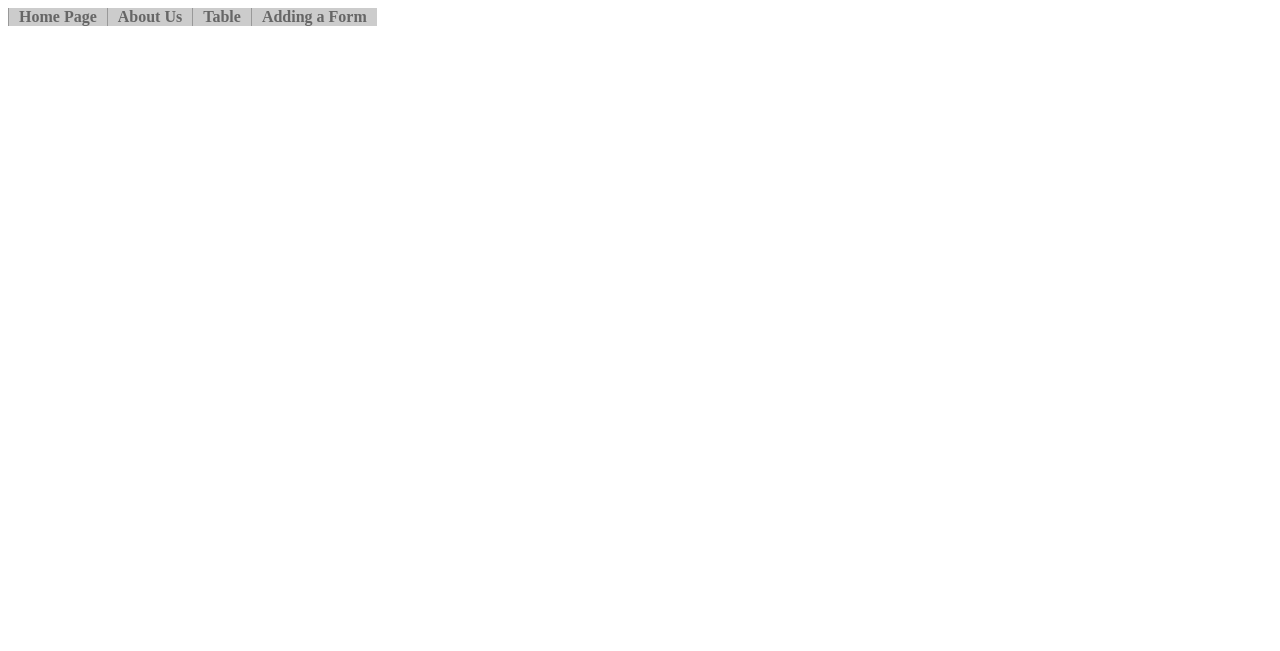
Repository: nellyk/Thephpsite
Page: http://localhost/
The author's editor kept a record of every edit. The page is drawn from the files as they stood at one moment, then again after the next edit.
The browser window is 1280 px wide. The pictures show the whole page.
The page is run by PHP 8.4 with error messages shown; the project is at /var/www/html/.

Above is the page before.

After the next edit:
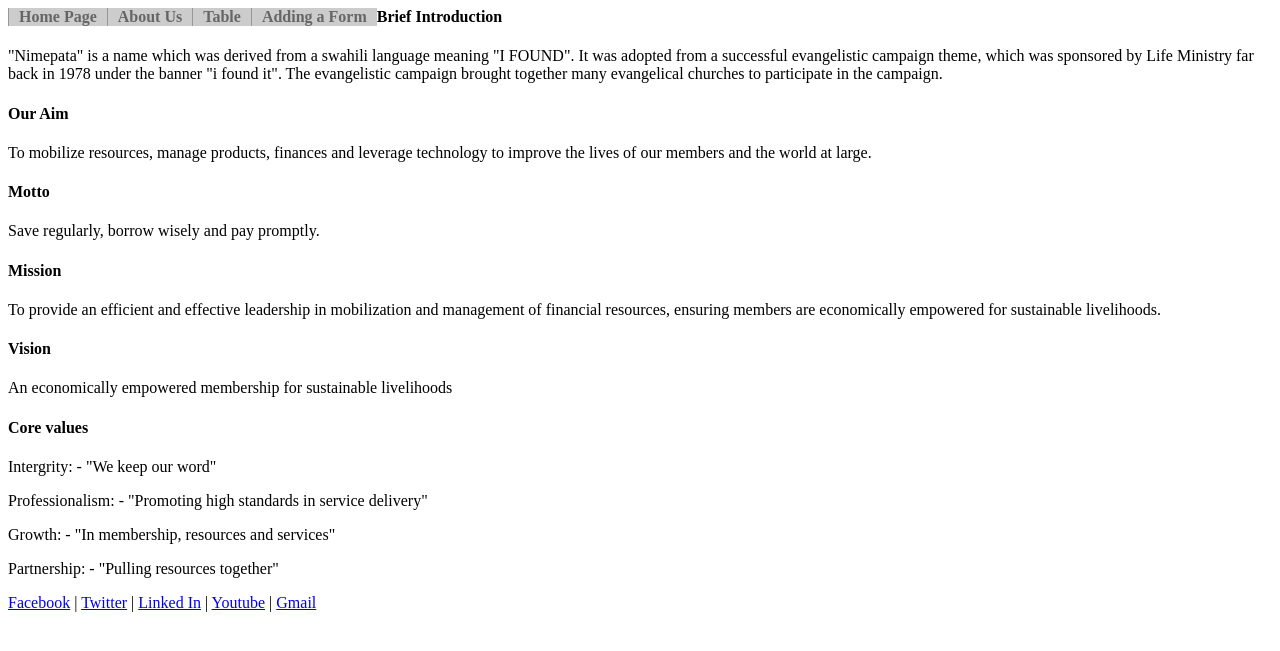
The edit:
--- a/index.php
+++ b/index.php
@@ -12,5 +12,23 @@
         <li><a href="add_data.php">Adding a Form</a></li>
     </ul>
 </div>
+<h4>Brief Introduction</h4>
+<p>&quot;Nimepata&quot; is a name which was derived from a swahili language meaning &quot;I FOUND&quot;. It was adopted from a successful evangelistic campaign theme, which was sponsored by Life Ministry far back in 1978 under the banner &quot;i found it&quot;. The evangelistic campaign brought together many evangelical churches to participate in the campaign.</p>
+<h4>Our Aim</h4>
+<p>To mobilize resources, manage products, finances and leverage technology to improve the lives of our members and the world at large.</p>
+<h4>Motto</h4>
+<p>Save regularly, borrow wisely and pay promptly.</p>
+<h4>Mission</h4>
+<p>To provide an efficient and effective leadership in mobilization and management of financial resources, ensuring members are economically empowered for sustainable livelihoods.</p>
+<h4>Vision</h4>
+<p>An economically empowered membership for sustainable livelihoods</p>
+<h4>Core values</h4>
+<p>Intergrity: - &quot;We keep our word&quot;</p>
+<p>Professionalism: - &quot;Promoting high standards in service delivery&quot;</p>
+<p>Growth: - &quot;In membership, resources and services&quot;</p>
+<p>Partnership: - &quot;Pulling resources together&quot;</p>
+<div id="Footer"><a href="https://www.facebook.com/NimepataSacco?ref_type=bookmark" target="new">Facebook</a> | <a href="https://twitter.com/NimepataSacco" target="new">Twitter</a> | <a href="https://www.linkedin.com/nhome/?nuxComplete=true&amp;trk=nux-full-home" target="new">Linked In</a> | <a href="https://www.youtube.com/channel/UC7vWX2xQy3LTqLEZ0ktoAUQ/videos" target="new">Youtube</a> | <a href="https://plus.google.com/u/0/" target="new">Gmail</a></div>
+  </div>
+  <!-- end .container --></div>
 </body>
 </html>
